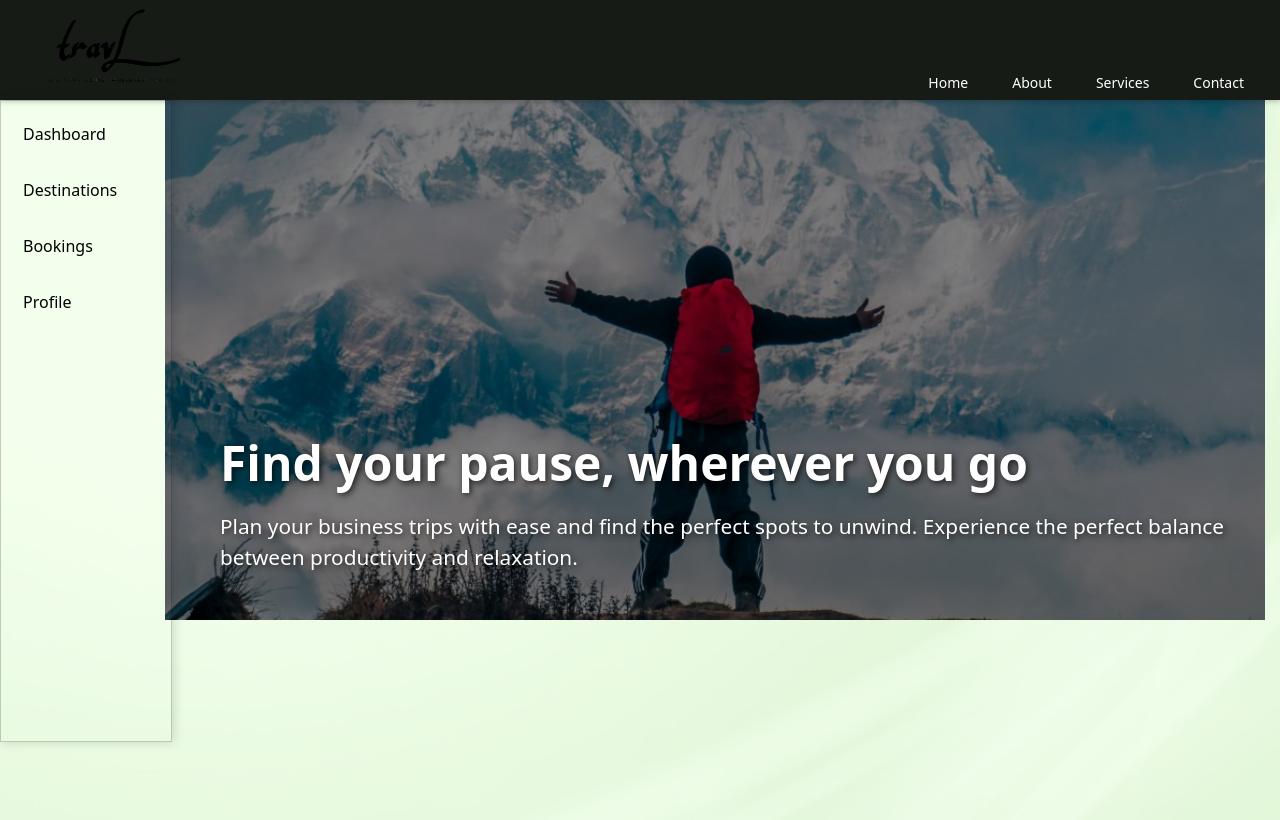
Repository: Nakib-Arman/Javafest25---travL
Page: / (app in Frontend/)
The author's editor kept a copy of each file at every save. The page is drawn from the files as they stood at one save, then again after a run of saves.
The browser window is 1280 px wide. The pictures show the whole page.
Pictures or frames that could not be fetched are drawn as grey boxes. The project was rebuilt for these pictures with package versions that can differ from the ones it lists, and the page was loaded fresh each time. Also part of the build but not shown: Frontend/vite.config.js.

Above is the page before, as saved 2025-08-13 12:28:01.

After the next 4 saves:
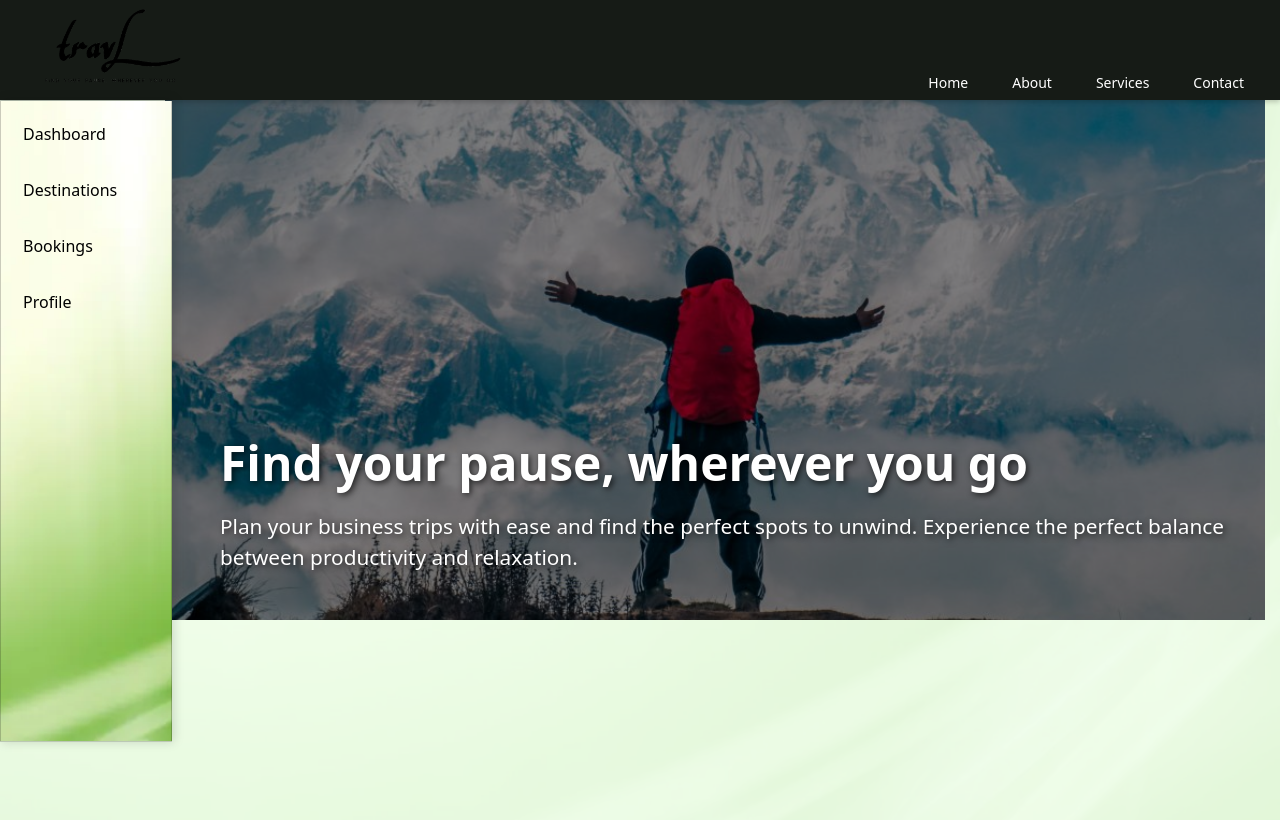
The 4 saves are shown as one change because they came seconds apart.
The last was saved 9 s later.
--- a/Frontend/src/CSS/Sidebar.css
+++ b/Frontend/src/CSS/Sidebar.css
@@ -5,7 +5,12 @@
   left: 0;
   width: 150px;
   height: calc(100vh - 100px);
-  background-color: transparent;
+  /* background-color: transparent; */
+  background-image: url('../assets/background2.jpg');
+    background-position: center;
+    background-repeat: no-repeat;
+    background-size: cover;
+
   display: flex;
   flex-direction: column;
   padding: 10px;
